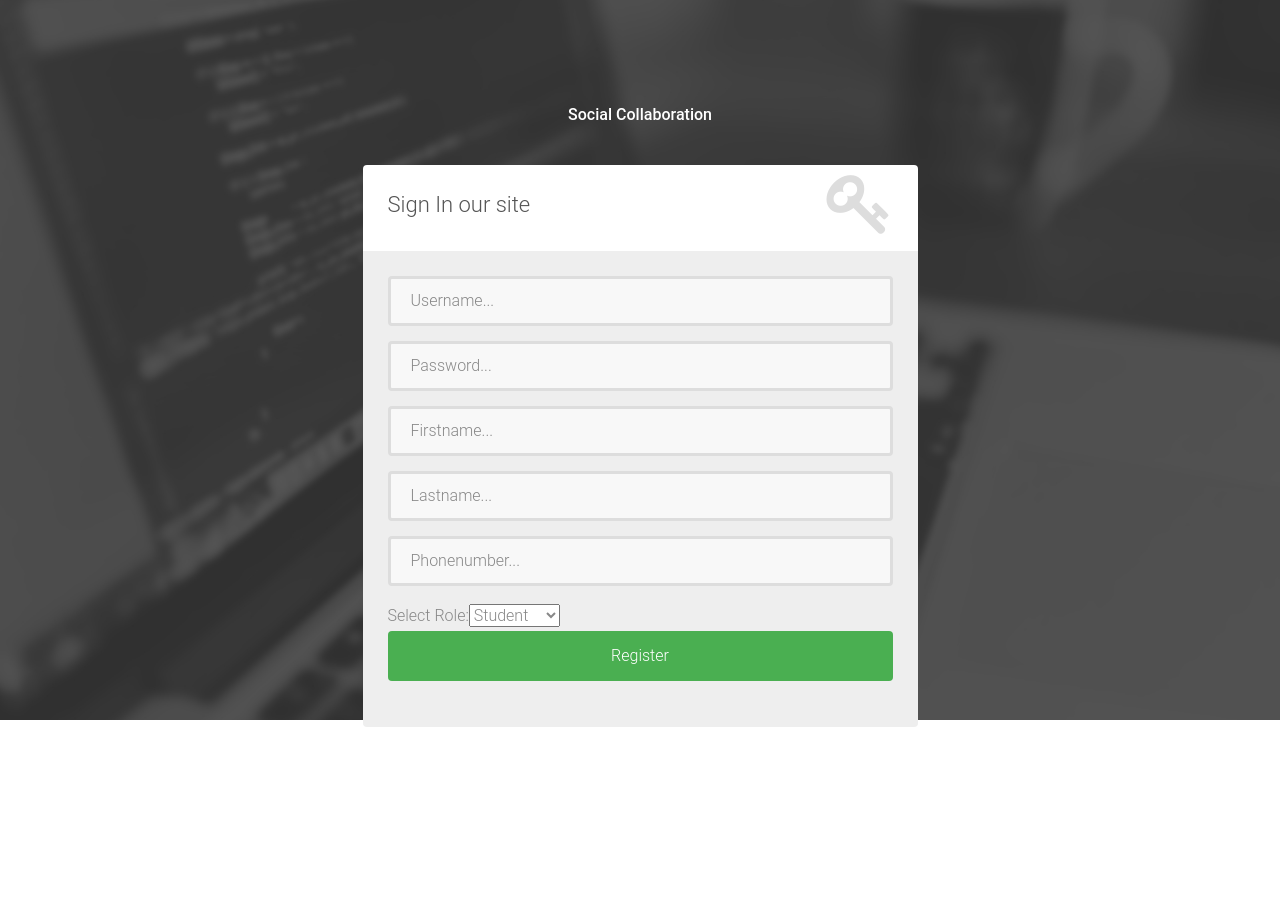
Repository: Abhi2097/Collab
Page: Final Commit of Project 2/Project 2/Frontend_Collab/WebContent/views/registrationform.html
These files come from the project's save history. The page is drawn as it stood at one moment and after the next save; the edit follows.
The browser window is 1280 px wide. The pictures show the whole page.

Above is the page before, as saved 2018-11-28 04:53:37.

### Final Commit of Project 2/Project 2/Frontend_Collab/WebContent/views/registrationform.html
<html lang="en">

    <head>
   <title>Registration Form</title>

        <link rel="stylesheet" href="assets/bootstrap/css/bootstrap.min.css">
        <link rel="stylesheet" href="assets/font-awesome/css/font-awesome.min.css">
		<link rel="stylesheet" href="assets/css/form-elements.css">
        <link rel="stylesheet" href="assets/css/style.css">
    </head>
     <body>

        <!-- Top content -->
        <div class="top-content">

            <div class="inner-bg">
                <div class="container">
                    <div class="row">
                        <div class="col-sm-8 col-sm-offset-2 text">
                           <strong>Social Collaboration</strong>

                        </div>
                    </div>
                    <div class="row">
                        <div class="col-sm-6 col-sm-offset-3 form-box">
                        	<div class="form-top">
                        		<div class="form-top-left">
                        			<h3>Sign In our site</h3>

                        		</div>
                        		<div class="form-top-right">
                        			<i class="fa fa-key"></i>
                        		</div>
                            </div>
                            <div class="form-bottom">
			                    <form role="form"  class="login-form">
			                    	<div class="form-group">
			                    		<label class="sr-only" for="form-username">Email</label>
			                        	<input type="text" name="form-username" placeholder="Username..." class="form-username form-control" id="form-username" ng-model="user.email">
			                        </div>
			                        <div class="form-group">
			                        	<label class="sr-only" for="form-password">Password</label>
			                        	<input type="password" name="form-password" placeholder="Password..." class="form-password form-control" id="form-password" ng-model="user.password">
			                        </div>
			                        <div class="form-group">
			                    		<label class="sr-only" for="form-username">Firstname</label>
			                        	<input type="text" name="form-username" placeholder="Firstname..." class="form-username form-control" id="form-username" ng-model="user.firstname">
			                        </div>
			                        <div class="form-group">
			                    		<label class="sr-only" for="form-username">Lastname</label>
			                        	<input type="text" name="form-username" placeholder="Lastname..." class="form-username form-control" id="form-username" ng-model="user.lastname">
			                        </div>
			                        <div class="form-group">
			                    		<label class="sr-only" for="form-username">Phonenumber</label>
			                        	<input type="text" name="form-username" placeholder="Phonenumber..." class="form-username form-control" id="form-username" ng-model="user.phonenumber">
			                        </div>
			                        Select Role:<select ng-model="user.role">
                                     <option value="STUDENT">Student
                                     <option value="EMPLOYEE">Employee
                                     <option value="ALUMNI">Alumni
                                     </select>
			                        <button  ng-click="registration(user)"  class="btn">Register</button>
			                    </form>
		                    </div>
                        </div>
                    </div>
					        <!-- Javascript -->
        <script src="assets/js/jquery-1.11.1.min.js"></script>
        <script src="assets/bootstrap/js/bootstrap.min.js"></script>
        <script src="assets/js/jquery.backstretch.min.js"></script>
        <script src="assets/js/scripts.js"></script>

        <!--[if lt IE 10]>
            <script src="assets/js/placeholder.js"></script>
        <![endif]-->

    </body>

</html>

### Final Commit of Project 2/Project 2/Frontend_Collab/WebContent/assets/css/style.css

body {
    font-family: 'Roboto', sans-serif;
    font-size: 16px;
    font-weight: 300;
    color: #888;
    line-height: 30px;
    text-align: center;
}

strong { font-weight: 500; }

a, a:hover, a:focus {
	color: #4aaf51;
	text-decoration: none;
    -o-transition: all .3s; -moz-transition: all .3s; -webkit-transition: all .3s; -ms-transition: all .3s; transition: all .3s;
}

h1, h2 {
	margin-top: 10px;
	font-size: 38px;
    font-weight: 100;
    color: #555;
    line-height: 50px;
}

h3 {
	font-size: 22px;
    font-weight: 300;
    color: #555;
    line-height: 30px;
}

img { max-width: 100%; }

::-moz-selection { background: #4aaf51; color: #fff; text-shadow: none; }
::selection { background: #4aaf51; color: #fff; text-shadow: none; }


.btn-link-1 {
	display: inline-block;
	height: 50px;
	margin: 5px;
	padding: 16px 20px 0 20px;
	background: #4aaf51;
	font-size: 16px;
    font-weight: 300;
    line-height: 16px;
    color: #fff;
    -moz-border-radius: 4px; -webkit-border-radius: 4px; border-radius: 4px;
}
.btn-link-1:hover, .btn-link-1:focus, .btn-link-1:active { outline: 0; opacity: 0.6; color: #fff; }

.btn-link-1.btn-link-1-facebook { background: #4862a3; }
.btn-link-1.btn-link-1-twitter { background: #55acee; }
.btn-link-1.btn-link-1-google-plus { background: #dd4b39; }

.btn-link-1 i {
	padding-right: 5px;
	vertical-align: middle;
	font-size: 20px;
	line-height: 20px;
}

.btn-link-2 {
	display: inline-block;
	height: 50px;
	margin: 5px;
	padding: 15px 20px 0 20px;
	background: rgba(0, 0, 0, 0.3);
	border: 1px solid #fff;
	font-size: 16px;
    font-weight: 300;
    line-height: 16px;
    color: #fff;
    -moz-border-radius: 4px; -webkit-border-radius: 4px; border-radius: 4px;
}
.btn-link-2:hover, .btn-link-2:focus,
.btn-link-2:active, .btn-link-2:active:focus { outline: 0; opacity: 0.6; background: rgba(0, 0, 0, 0.3); color: #fff; }


/***** Top content *****/

.inner-bg {
    padding: 100px 0 170px 0;
}

.top-content .text {
	color: #fff;
}

.top-content .text h1 { color: #fff; }

.top-content .description {
	margin: 20px 0 10px 0;
}

.top-content .description p { opacity: 0.8; }

.top-content .description a {
	color: #fff;
}
.top-content .description a:hover,
.top-content .description a:focus { border-bottom: 1px dotted #fff; }

.form-box {
	margin-top: 35px;
}

.form-top {
	overflow: hidden;
	padding: 0 25px 15px 25px;
	background: #fff;
	-moz-border-radius: 4px 4px 0 0; -webkit-border-radius: 4px 4px 0 0; border-radius: 4px 4px 0 0;
	text-align: left;
}

.form-top-left {
	float: left;
	width: 75%;
	padding-top: 25px;
}

.form-top-left h3 { margin-top: 0; }

.form-top-right {
	float: left;
	width: 25%;
	padding-top: 5px;
	font-size: 66px;
	color: #ddd;
	line-height: 100px;
	text-align: right;
}

.form-bottom {
	padding: 25px 25px 30px 25px;
	background: #eee;
	-moz-border-radius: 0 0 4px 4px; -webkit-border-radius: 0 0 4px 4px; border-radius: 0 0 4px 4px;
	text-align: left;
}

.form-bottom form textarea {
	height: 100px;
}

.form-bottom form button.btn {
	width: 100%;
}

.form-bottom form .input-error {
	border-color: #4aaf51;
}

.social-login {
	margin-top: 35px;
}

.social-login h3 {
	color: #fff;
}

.social-login-buttons {
	margin-top: 25px;
}


/***** Media queries *****/

@media (min-width: 992px) and (max-width: 1199px) {}

@media (min-width: 768px) and (max-width: 991px) {}

@media (max-width: 767px) {

	.inner-bg { padding: 60px 0 110px 0; }

}

@media (max-width: 415px) {

	h1, h2 { font-size: 32px; }

}

### Final Commit of Project 2/Project 2/Frontend_Collab/WebContent/assets/js/scripts.js

jQuery(document).ready(function() {

    /*
        Fullscreen background
    */
    $.backstretch("assets/img/backgrounds/1.jpg");

    /*
        Form validation
    */
    $('.login-form input[type="text"], .login-form input[type="password"], .login-form textarea').on('focus', function() {
    	$(this).removeClass('input-error');
    });

    $('.login-form').on('submit', function(e) {

    	$(this).find('input[type="text"], input[type="password"], textarea').each(function(){
    		if( $(this).val() == "" ) {
    			e.preventDefault();
    			$(this).addClass('input-error');
    		}
    		else {
    			$(this).removeClass('input-error');
    		}
    	});

    });


});

Loaded but not shown: Final Commit of Project 2/Project 2/Frontend_Collab/WebContent/assets/bootstrap/css/bootstrap.min.css (library); Final Commit of Project 2/Project 2/Frontend_Collab/WebContent/assets/font-awesome/css/font-awesome.min.css (library); Final Commit of Project 2/Project 2/Frontend_Collab/WebContent/assets/css/form-elements.css (common file); Final Commit of Project 2/Project 2/Frontend_Collab/WebContent/assets/js/jquery-1.11.1.min.js (library); Final Commit of Project 2/Project 2/Frontend_Collab/WebContent/assets/bootstrap/js/bootstrap.min.js (library); Final Commit of Project 2/Project 2/Frontend_Collab/WebContent/assets/js/jquery.backstretch.min.js (library)

After the next save:
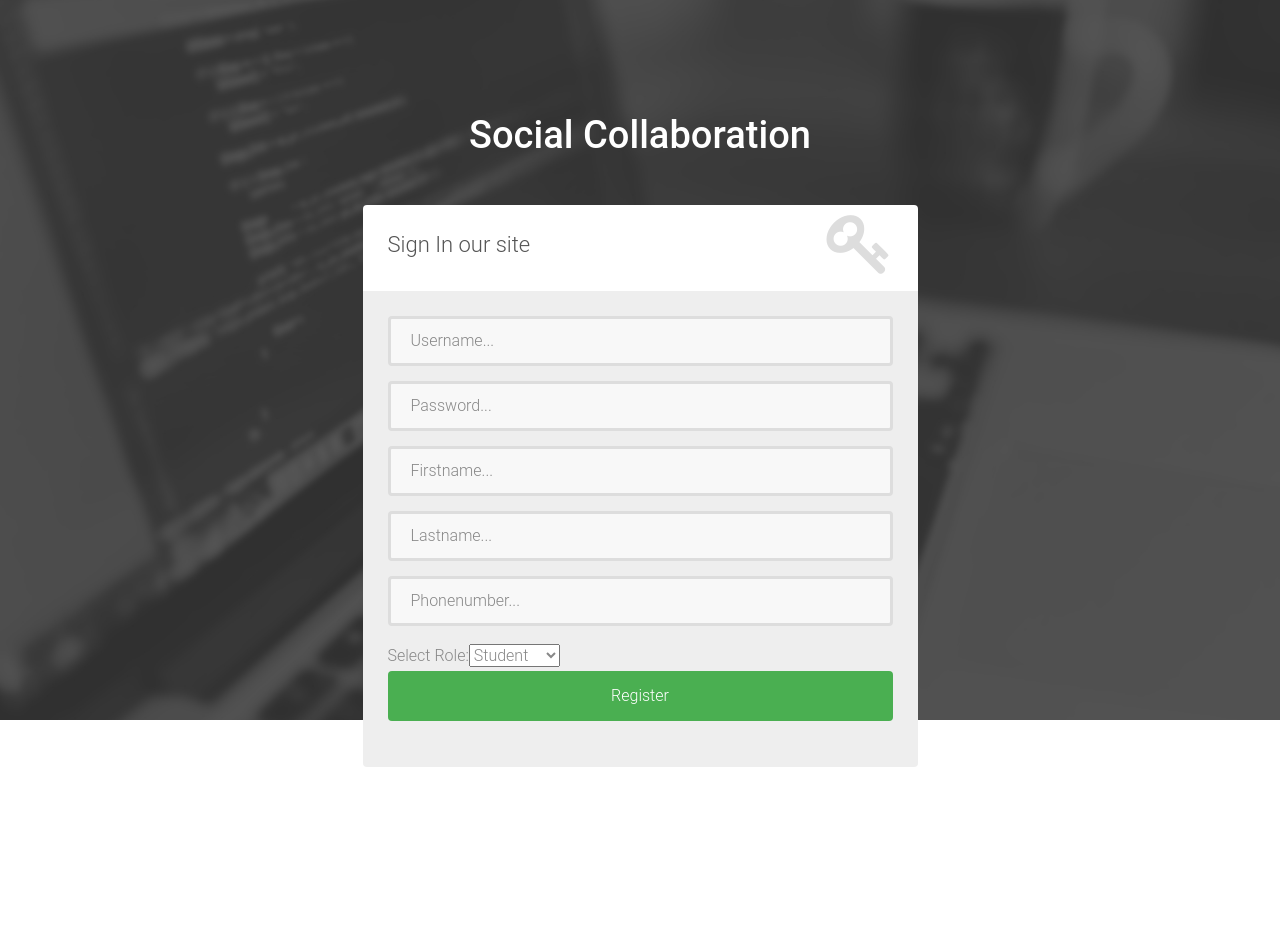
Saved 23 s later.
--- a/Final Commit of Project 2/Project 2/Frontend_Collab/WebContent/views/registrationform.html
+++ b/Final Commit of Project 2/Project 2/Frontend_Collab/WebContent/views/registrationform.html
@@ -17,8 +17,7 @@
                 <div class="container">
                     <div class="row">
                         <div class="col-sm-8 col-sm-offset-2 text">
-                           <strong>Social Collaboration</strong>
-
+                          <h1><strong>Social Collaboration</strong></h1>
                         </div>
                     </div>
                     <div class="row">
